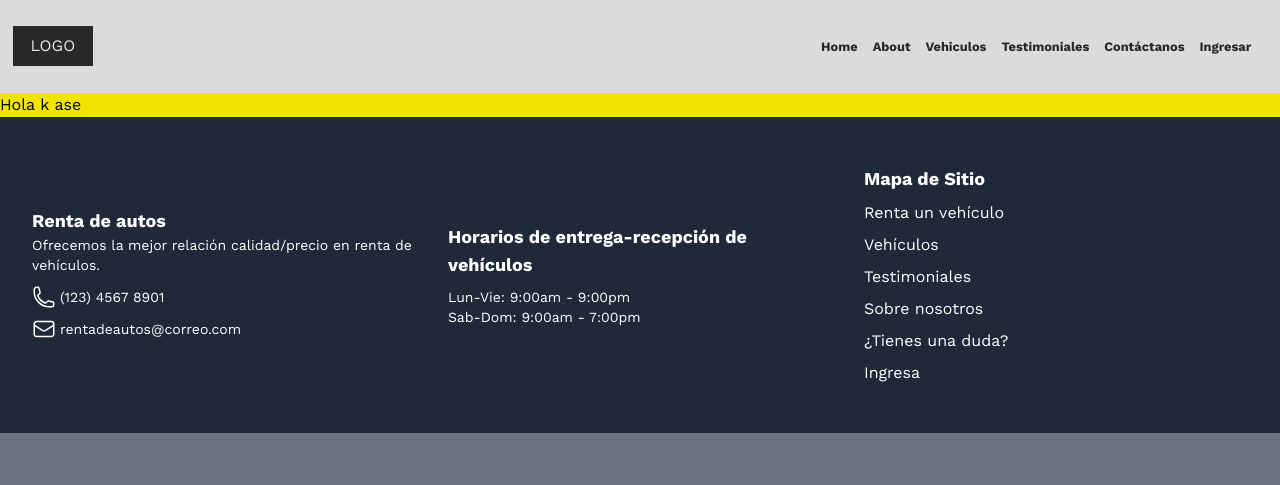
Repository: aldovelacasas/PF_RentCar2
Page: /
These files come from the project's save history. The page is drawn as it stood at one moment and after the next save; the edit follows.
The browser window is 1280 px wide. The pictures show the whole page.
The project was rebuilt for these pictures with package versions that can differ from the ones it lists, and the page was loaded fresh each time. The framework's server and built-in components were replaced by stand-ins that run in the browser. Also part of the build but not shown: next.config.js.

Above is the page before, as saved 2023-08-30 10:00:04.

### src/app/layout.jsx
import "./globals.css";
import Navbar from "@/components/Navbar/Navbar";
import Footer from "@/components/footer";
import { Inter } from "next/font/google";

const inter = Inter({ subsets: ["latin"] });

export const metadata = {
  title: "Create Next App",
  description: "Generated by create next app",
};

export default function RootLayout({ children }) {
  return (
    <html lang="en">
      <body className={inter.className}>
        <Navbar />
        <div className="">{children}</div>
        <Footer />
      </body>
    </html>
  );
}

### src/app/page.jsx
function HomePage() {
  return (
    <div className="bg-amarillo_status">
      <p>Hola k ase</p>
    </div>
  );
}

export default HomePage;

### src/app/globals.css
@tailwind base;
@tailwind components;
@tailwind utilities;

body {
   @apply bg-gray-500; /* Fondo más claro */
   color: gray-800; /* Texto oscuro */
}

### src/components/NavBar/Navbar.jsx
"use client";

import Link from "next/link";
// import Image from "next/image";
import React, { useState } from "react";
// import Logo from "./Logo";
import NavItem from "./NavItem";
import "./nav.css";

const MENU_LIST = [
  { text: "Home", href: "/" },
  { text: "About", href: "/about" },
  { text: "Vehiculos", href: "/" },
  { text: "Testimoniales", href: "/" },
  { text: "Contáctanos", href: "/" },
  { text: "Ingresar", href: "/" },
];
const Navbar = () => {
  const [navActive, setNavActive] = useState(null);
  const [activeIdx, setActiveIdx] = useState(-1);

  return (
    <>
      <nav className={`nav navBar`}>
        <div className="boxLogo">
          <Link href="/about">
            <h1 className="logo">LOGO</h1>
          </Link>
          <div className="HomeLogo">
            <Link href="/">
              <span className="nav__item">Home</span>
            </Link>
          </div>
        </div>

        <div
          onClick={() => setNavActive(!navActive)}
          className={`nav__menu-bar`}>
          <div></div>
          <div></div>
          <div></div>
        </div>
        <div className={`${navActive ? "active" : ""} nav__menu-list`}>
          {MENU_LIST.map((menu, idx) => (
            <div
              onClick={() => {
                setActiveIdx(idx);
                setNavActive(false);
              }}
              key={menu.text}
              className={menu.text === "Home" ? "HomeMenu" : ""}>
              <NavItem
                active={activeIdx === idx}
                className={menu.text === "Home" ? "HomeMenu" : ""}
                {...menu}
              />
            </div>
          ))}
        </div>
      </nav>
    </>
  );
};

export default Navbar;

### src/components/footer.jsx
"use client";
import Link from "next/link";

function Footer() {
  return (
    <div className="bg-gray-800 text-white py-8 flex flex-col sm:flex-row justify-between items-center p-4 font-poppins">
      <div className="sm:w-1/3 p-4">
        <h3 className="text-lg font-semibold">Renta de autos</h3>
        <p className="text-sm">
          Ofrecemos la mejor relación calidad/precio en renta de vehículos.
        </p>
        <div className="flex items-center text-sm mt-2">
          <svg
            xmlns="http://www.w3.org/2000/svg"
            fill="none"
            viewBox="0 0 24 24"
            strokeWidth={1.5}
            stroke="currentColor"
            className="w-6 h-6">
            <path
              strokeLinecap="round"
              strokeLinejoin="round"
              d="M2.25 6.75c0 8.284 6.716 15 15 15h2.25a2.25 2.25 0 002.25-2.25v-1.372c0-.516-.351-.966-.852-1.091l-4.423-1.106c-.44-.11-.902.055-1.173.417l-.97 1.293c-.282.376-.769.542-1.21.38a12.035 12.035 0 01-7.143-7.143c-.162-.441.004-.928.38-1.21l1.293-.97c.363-.271.527-.734.417-1.173L6.963 3.102a1.125 1.125 0 00-1.091-.852H4.5A2.25 2.25 0 002.25 4.5v2.25z"
            />
          </svg>

          <span className="m-1">(123) 4567 8901</span>
        </div>
        <div className="flex items-center text-sm mt-1">
          <svg
            xmlns="http://www.w3.org/2000/svg"
            fill="none"
            viewBox="0 0 24 24"
            strokeWidth={1.5}
            stroke="currentColor"
            className="w-6 h-6">
            <path
              strokeLinecap="round"
              strokeLinejoin="round"
              d="M21.75 6.75v10.5a2.25 2.25 0 01-2.25 2.25h-15a2.25 2.25 0 01-2.25-2.25V6.75m19.5 0A2.25 2.25 0 0019.5 4.5h-15a2.25 2.25 0 00-2.25 2.25m19.5 0v.243a2.25 2.25 0 01-1.07 1.916l-7.5 4.615a2.25 2.25 0 01-2.36 0L3.32 8.91a2.25 2.25 0 01-1.07-1.916V6.75"
            />
          </svg>

          <span className="m-1"> rentadeautos@correo.com</span>
        </div>
      </div>
      <div className="sm:w-1/3 p-4 mt-4 sm:mt-0">
        <h4 className="text-lg font-semibold">
          Horarios de entrega-recepción de vehículos
        </h4>
        <p className="text-sm mt-2">
          Lun-Vie: 9:00am - 9:00pm
          <br />
          Sab-Dom: 9:00am - 7:00pm
        </p>
      </div>
      <div className="sm:w-1/3 p-4 mt-4 sm:mt-0 w-full">
        <h2 className="text-lg font-semibold">Mapa de Sitio</h2>
        <ul className="mt-2 space-y-2 sm:ml-0 sm:pl-0">
          <li className="text-red">
            <Link href="/rent" className="hover:font-bold">
              Renta un vehículo
            </Link>
          </li>
          <li>
            <Link href="/cars" className="hover:font-bold">
              Vehículos
            </Link>
          </li>
          <li>
            <Link href="/testimoniales" className="hover:font-bold">
              Testimoniales
            </Link>
          </li>
          <li>
            <Link href="/about" className="hover:font-bold">
              Sobre nosotros
            </Link>
          </li>
          <li>
            <Link href="/contact" className="hover:font-bold">
              ¿Tienes una duda?
            </Link>
          </li>
          <li>
            <Link href="/signin" className="hover:font-bold">
              Ingresa
            </Link>
          </li>
        </ul>
      </div>
    </div>
  );
}

export default Footer;

### src/components/NavBar/NavItem.jsx
import Link from "next/link";
const NavItem = ({ text, href, active }) => {
  const className =
    text === "Home"
      ? "nav__item HomeMenu"
      : `nav__item ${active ? "active" : ""}`;
  return (
    <Link href={href}>
      <span className={className}>{text}</span>
    </Link>
  );
};

export default NavItem;

### src/components/NavBar/nav.css
@import url("https://fonts.googleapis.com/css2?family=Work+Sans:wght@400;500;700&display=swap");
@import url("https://fonts.googleapis.com/css2?family=Rubik:wght@500&display=swap");
* {
  margin: 0;
  padding: 0;
  outline: none;
  box-sizing: border-box;
  font-family: "Work Sans", sans-serif;
}
a {
  text-decoration: none;
  color: inherit;
}
.navBar {
  position: sticky;
  z-index: 30;
  top: 0;
}
nav {
  font-family: "Rubik", sans-serif;
  display: flex;
  justify-content: space-between;
  align-items: center;
  background-color: #dbdbdb;
  color: #282828;
  padding: 2%;
}

.logo {
  background-color: #282828;
  color: #e9e9e9;
  width: 80px;
  text-align: center;
  padding: 0.5rem;
  font-size: 1rem;
}

.nav__menu-bar {
  display: flex;
  flex-direction: column;
  row-gap: 6px;
  cursor: pointer;
}
.nav__menu-bar div {
  width: 40px;
  height: 4px;
  background-color: #282828;
  margin-right: 1rem;
  border-radius: 2px;
}
.nav__menu-list {
  display: flex;
  flex-direction: column;
  position: fixed;
  top: 70px;
  width: 220px;
  row-gap: 24px;
  right: -300px;
  padding: 24px 16px;
  margin-top: 0rem;
  transition: all 0.2s;
  min-height: calc(100vh - 60px);
  font-size: 1rem;
  background-color: #dbdbdb;
}
.nav__menu-list.active {
  right: 0;
  top: 53px;
}
.nav__menu-list span {
  font-weight: 600;
  transition: all 0.3s;
}

.nav__menu-list span:hover {
  /* font-weight: bold; */
  color: #ea4f39;
}
.boxLogo {
  display: flex;
  align-items: center;
  gap: 1rem;
}

.HomeLogo {
  font-size: 1rem;
  font-weight: 600;
  transition: 0.3s;
}

.HomeLogo:hover {
  color: #ea4f39;
}
.center {
  min-height: 600px;
  display: flex;
  justify-content: center;
  align-items: center;
}

.HomeMenu {
  display: none;
}

@media (min-width: 38em) {
  nav{
    padding:1%;
  }
  .HomeMenu {
    display: block;
  }
  .nav__menu-bar {
    display: none;
  }
  .nav__menu-list {
    position: unset;
    font-size: 0.8em;
    gap:15px;
    flex-direction: row;
    min-height: fit-content;
    width: min-content;
    align-items: space-evenly;
  }

  .HomeLogo {
    display: none;
    font-size: 2rem;
  }
  /* nav {
    padding: 3%;
  }
  .HomeMenu {
    display: block;
  }
  .nav__menu-list {
    background-color: #dbdbdb;
  }
  .HomeLogo {
    display: none;
    font-size: 2rem;
  }
  .logo {
    background-color: #282828;
    color: #e9e9e9;
    width: 150px;
    text-align: center;
    padding: 1.5rem;
    font-size: 1.5rem;
  }
  .nav__menu-bar {
    display: none;
  }
  .nav__menu-list {
    position: unset;

    flex-direction: row;
    min-height: fit-content;
    width: fit-content;
    column-gap: 24px;
    align-items: center;
  }
  .nav__link::before {
    content: "";
    position: absolute;
    width: 0%;
    height: 6px;
    bottom: -16px;
    left: 0;
    background-color: black;

    transition: all 0.2s;
  }

  .nav__link:hover:before {
    width: 100%;
  } */
}

### tailwind.config.js
/** @type {import('tailwindcss').Config} */
module.exports = {
  content: [
    "./src/pages/**/*.{js,ts,jsx,tsx,mdx}",
    "./src/components/**/*.{js,ts,jsx,tsx,mdx}",
    "./src/app/**/*.{js,ts,jsx,tsx,mdx}",
  ],
  theme: {
    extend: {
      backgroundImage: {
        "gradient-radial": "radial-gradient(var(--tw-gradient-stops))",
        "gradient-conic":
          "conic-gradient(from 180deg at 50% 50%, var(--tw-gradient-stops))",
      },
      colors: {
        gris_fondo: "#dbdbdb",
        gris_frente: "#e9e9e9",
        negro_fondo: "#282828",
        naranja_enf: "#ea4f39",
        rojo_status: "#e30613",
        verde_status: "#4aaf4d",
        amarillo_status: "#f0e400",
      },
    },
  },
  plugins: [],
};

After the next save:
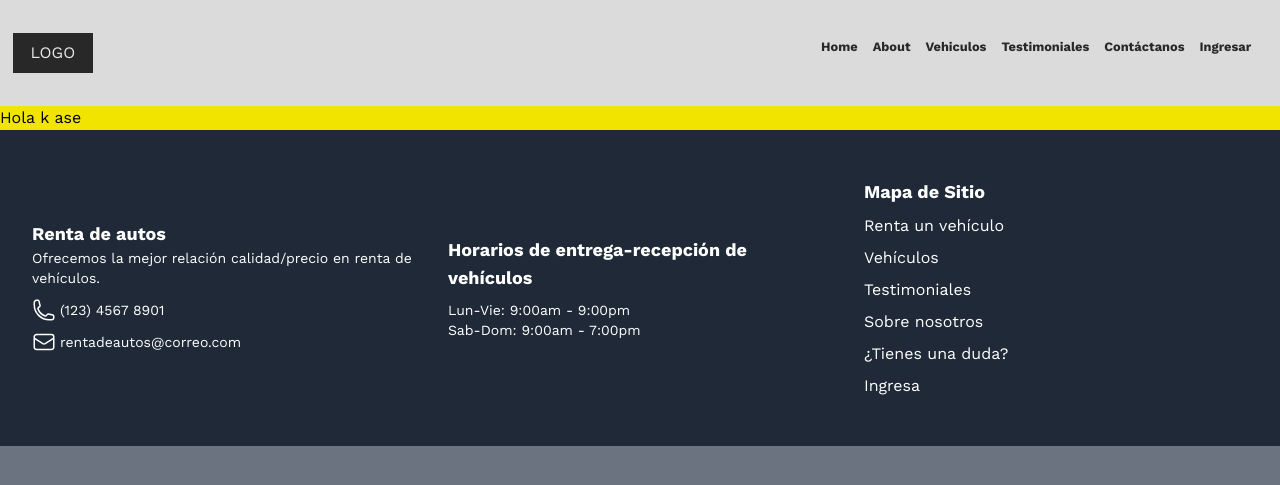
Saved 8 s later.
--- a/src/components/NavBar/nav.css
+++ b/src/components/NavBar/nav.css
@@ -117,7 +117,7 @@
     font-size: 0.8em;
     gap:15px;
     flex-direction: row;
-    min-height: fit-content;
+    min-height: 80px;
     width: min-content;
     align-items: space-evenly;
   }

After the save that followed:
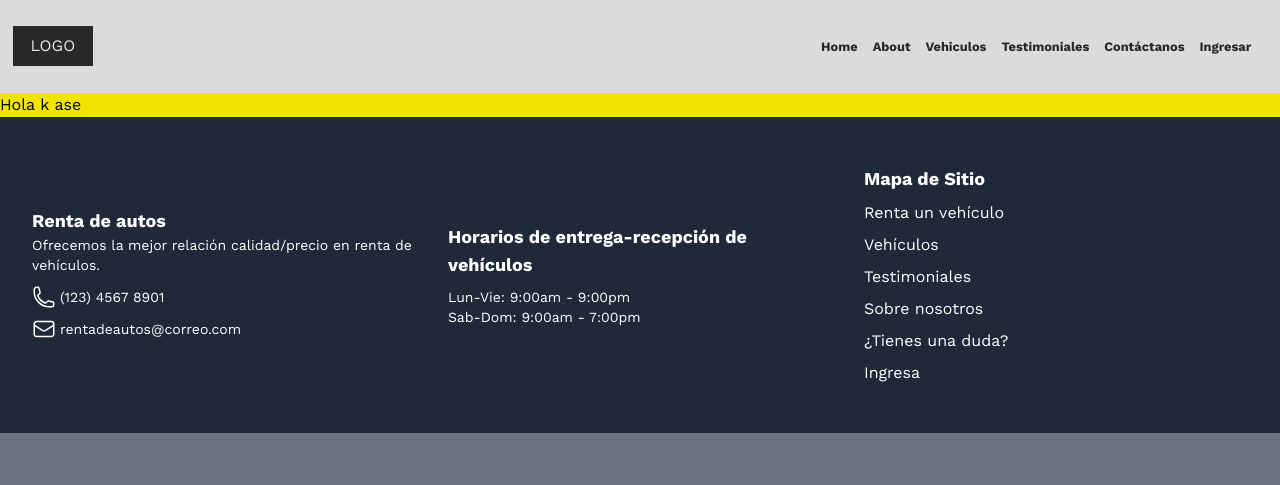
Saved 5 s later.
--- a/src/components/NavBar/nav.css
+++ b/src/components/NavBar/nav.css
@@ -117,7 +117,7 @@
     font-size: 0.8em;
     gap:15px;
     flex-direction: row;
-    min-height: 80px;
+    min-height: 50px;
     width: min-content;
     align-items: space-evenly;
   }
